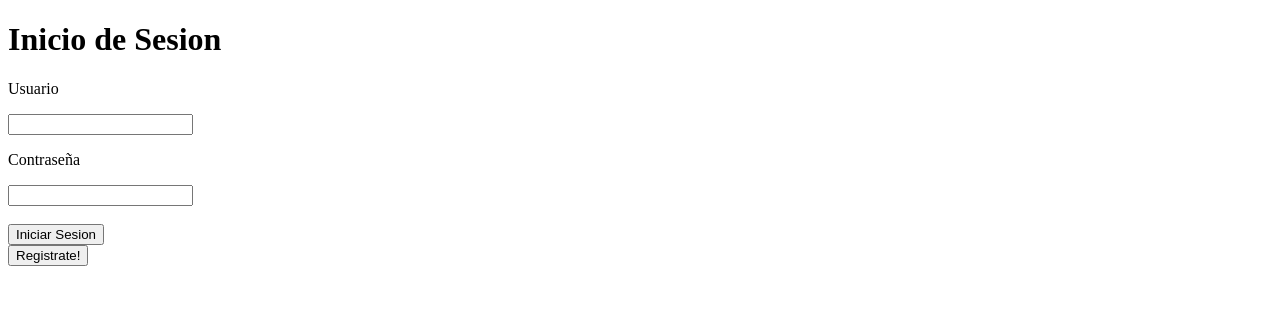
Repository: NighelG/Proyecto-de-verificacion-de-asistencia
Page: ProyectoAsistencia/public/pages/index.html
The author's editor kept a copy of each file at every save. The page is drawn from the files as they stood at one save, then again after a run of saves.
The browser window is 1280 px wide. The pictures show the whole page.

Above is the page before, as saved 2025-08-26 15:36:31.

After the next 2 saves:
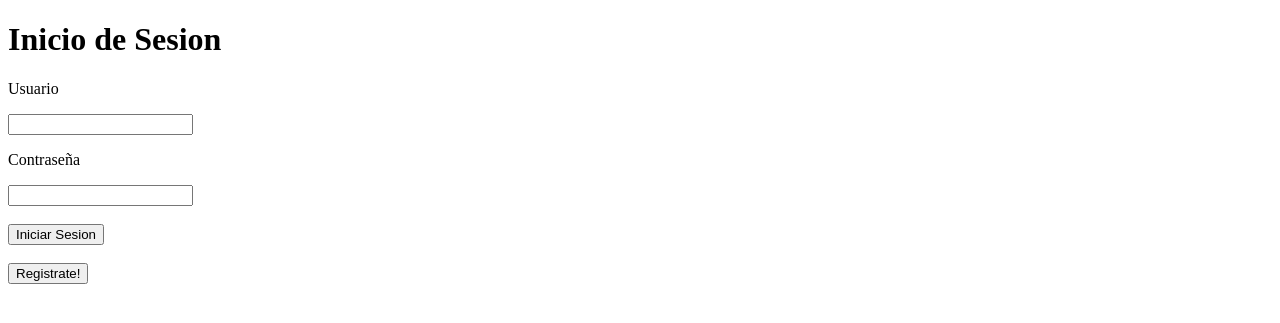
The 2 saves are shown as one change because they came seconds apart.
The last was saved 14 s later.
--- a/ProyectoAsistencia/public/pages/index.html
+++ b/ProyectoAsistencia/public/pages/index.html
@@ -19,7 +19,8 @@
         <br><br>
         <button id="btnLogin">Iniciar Sesion</button>
     </div>
-        <a href="../pages/registro.html">
+    <br>
+    <a href="../pages/registro.html">
         <Button>Registrate!</Button>
     </a>
 </body>
